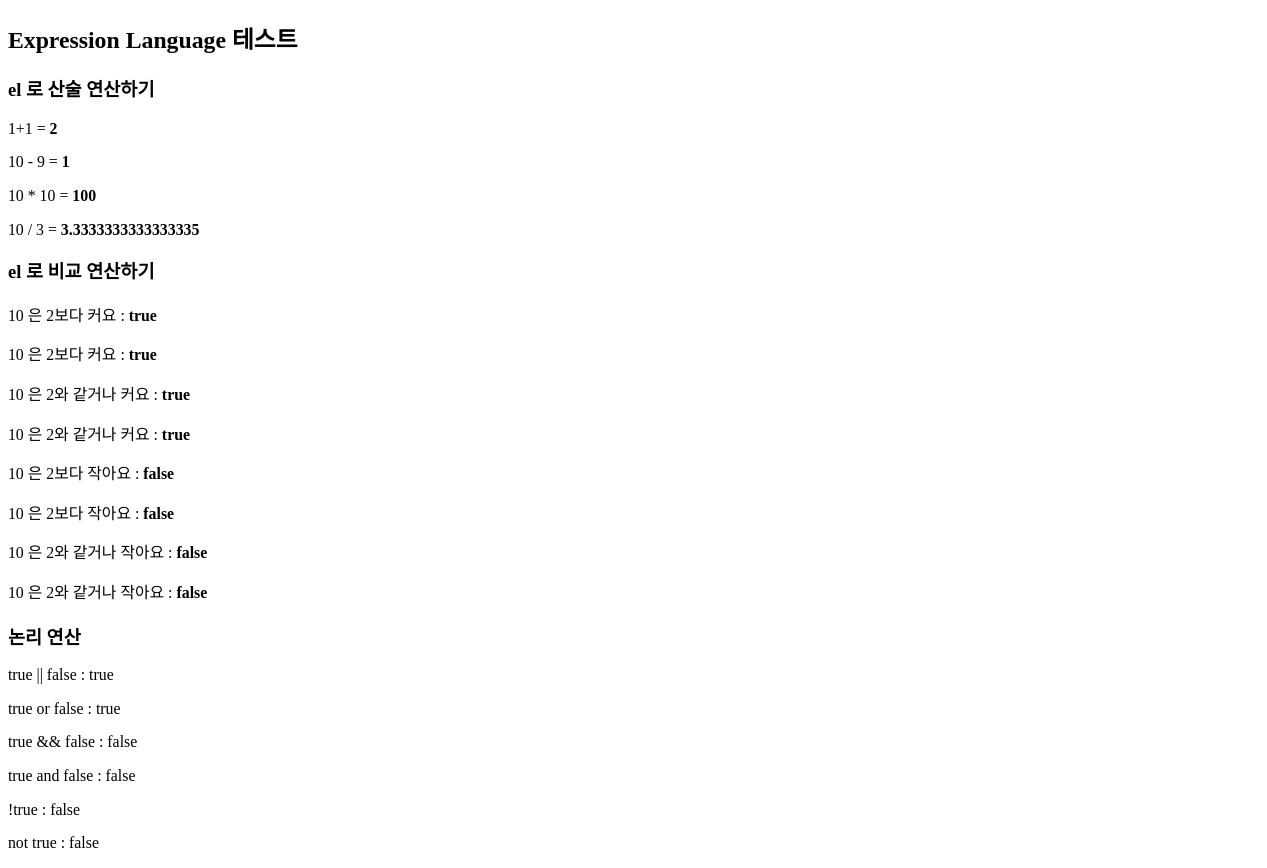
Repository: hyunhee7/web_work
Page: http://localhost/Step16_EL/hello.jsp
The author's editor kept a copy of each file at every save. The page is drawn from the files as they stood at one save, then again after the next save.
The browser window is 1280 px wide. The pictures show the whole page, at 99% of full size.
The page is served by Tomcat 9.

Above is the page before, as saved 2017-07-12 01:07:17.

After the next save:
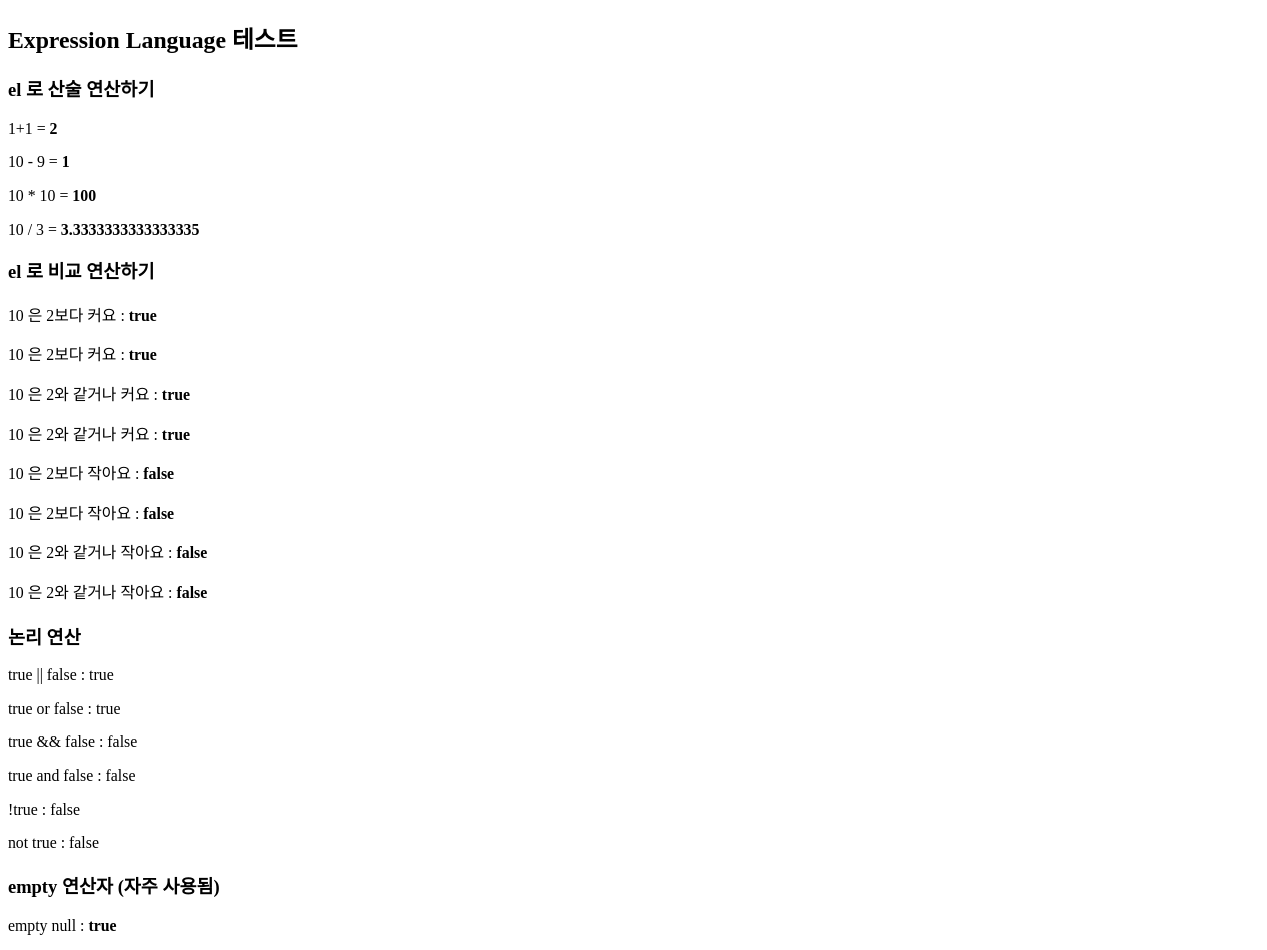
Saved 2 min 22 s later.
--- a/Step16_EL/WebContent/hello.jsp
+++ b/Step16_EL/WebContent/hello.jsp
@@ -31,5 +31,10 @@
 <p> true and false : ${true and false }</p>
 <p> !true : ${!true } </p>
 <p> not true : ${not true }</p>
+
+<h3>empty 연산자 (자주 사용됨)</h3>
+<p>empty null : <strong>${empty null }</strong></p>
+
+
 </body>
 </html>
